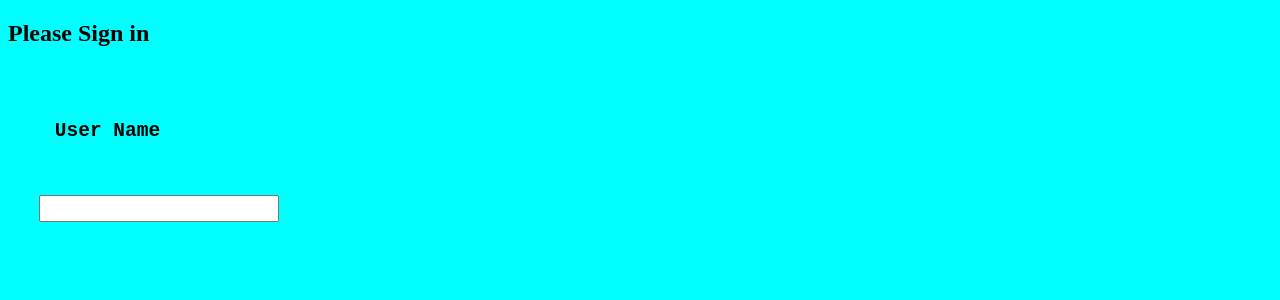
Repository: AkshayBorate/webJava
Page: web_projectservlet/src/main/webapp/login.html
The author's editor kept a copy of each file at every save. The page is drawn from the files as they stood at one save, then again after the next save.
The browser window is 1280 px wide. The pictures show the whole page.

Above is the page before, as saved 2024-11-28 06:37:26.

After the next save:
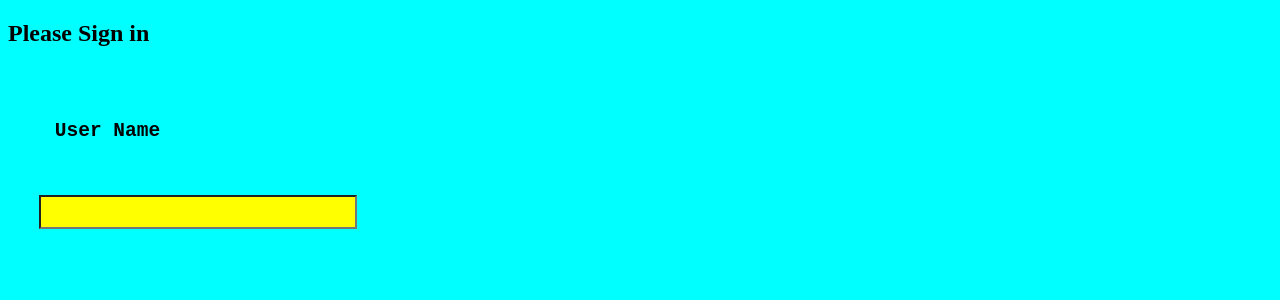
Saved 27 s later.
--- a/web_projectservlet/src/main/webapp/login.html
+++ b/web_projectservlet/src/main/webapp/login.html
@@ -8,7 +8,7 @@
     <h2>
     User Name
     </h2>
-    <input type="text" name="uid" style="background-color:yellow,color:blue; font-size:18px"/>
+    <input type="text" name="uid" style="background-color:yellow;color:blue; font-size:18pt"/>
     </pre>
 </form>
 </body>
